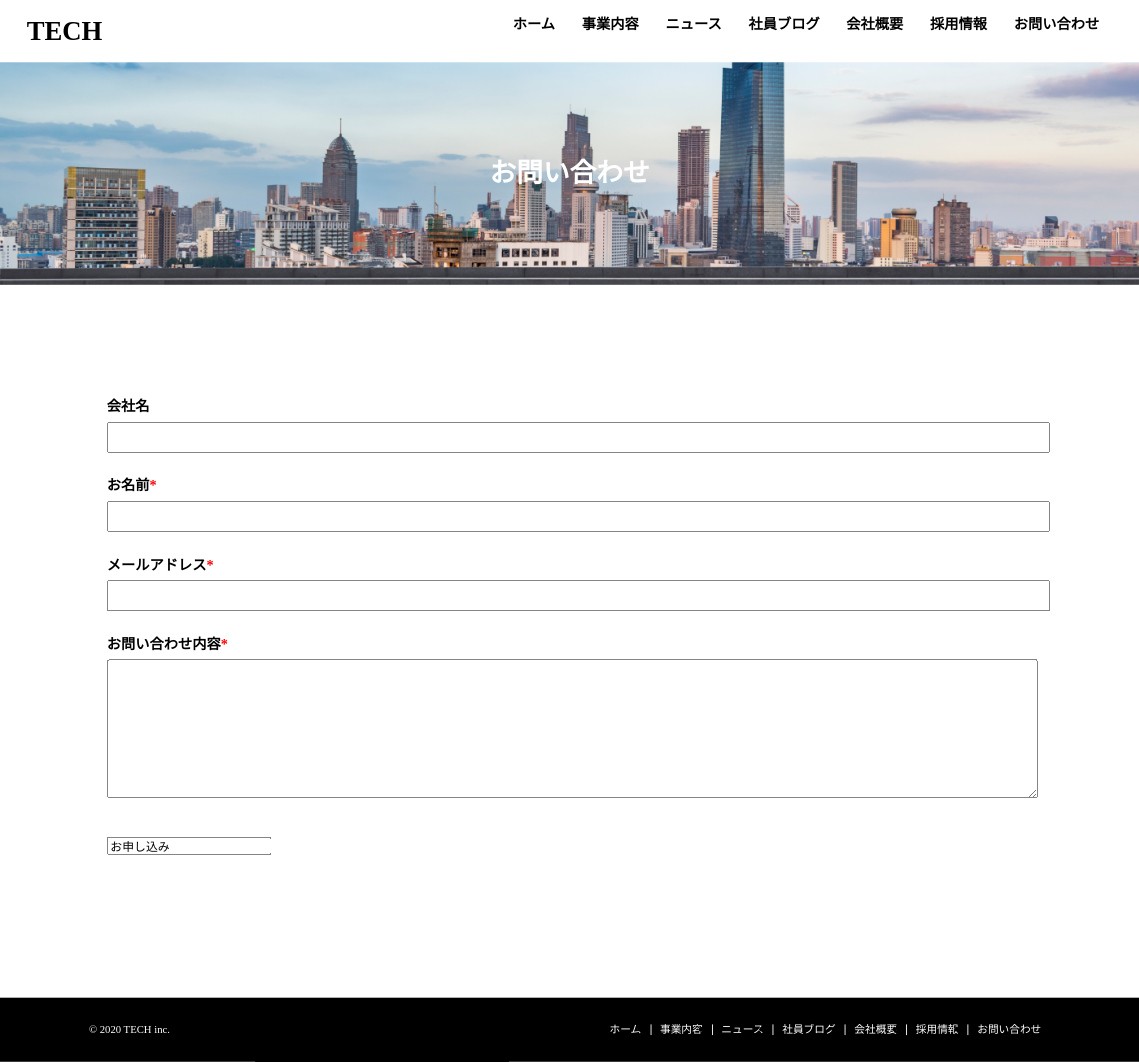
Repository: masanarimiura/20220516_miura
Page: contact.html
These files come from the project's save history. The page is drawn as it stood at one moment and after a run of saves; the edit follows.
The browser window is 1280 px wide. The pictures show the whole page, at 89% of full size.

Above is the page before, as saved 2022-05-14 01:15:10.

After the next 7 saves:
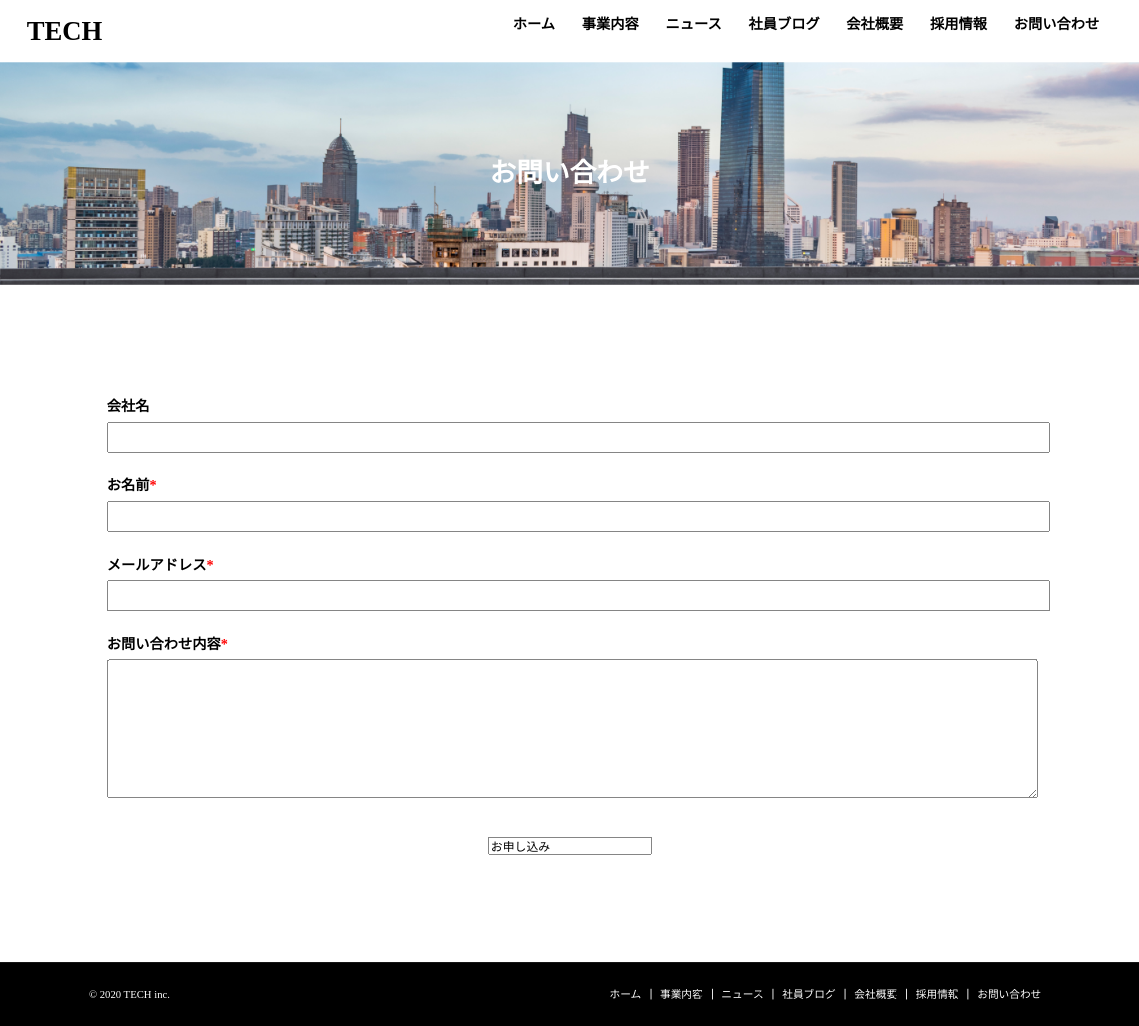
The 7 saves are shown as one change because they came seconds apart.
The last was saved 21 s later.
--- a/css/contact.css
+++ b/css/contact.css
@@ -80,8 +80,9 @@ p {
   width: 100%;
 }
 .form-btn {
-  display: inline-block;
   margin: 40px auto;
+  display: flex;
+  justify-content: center;
 }
 
 .contact {
